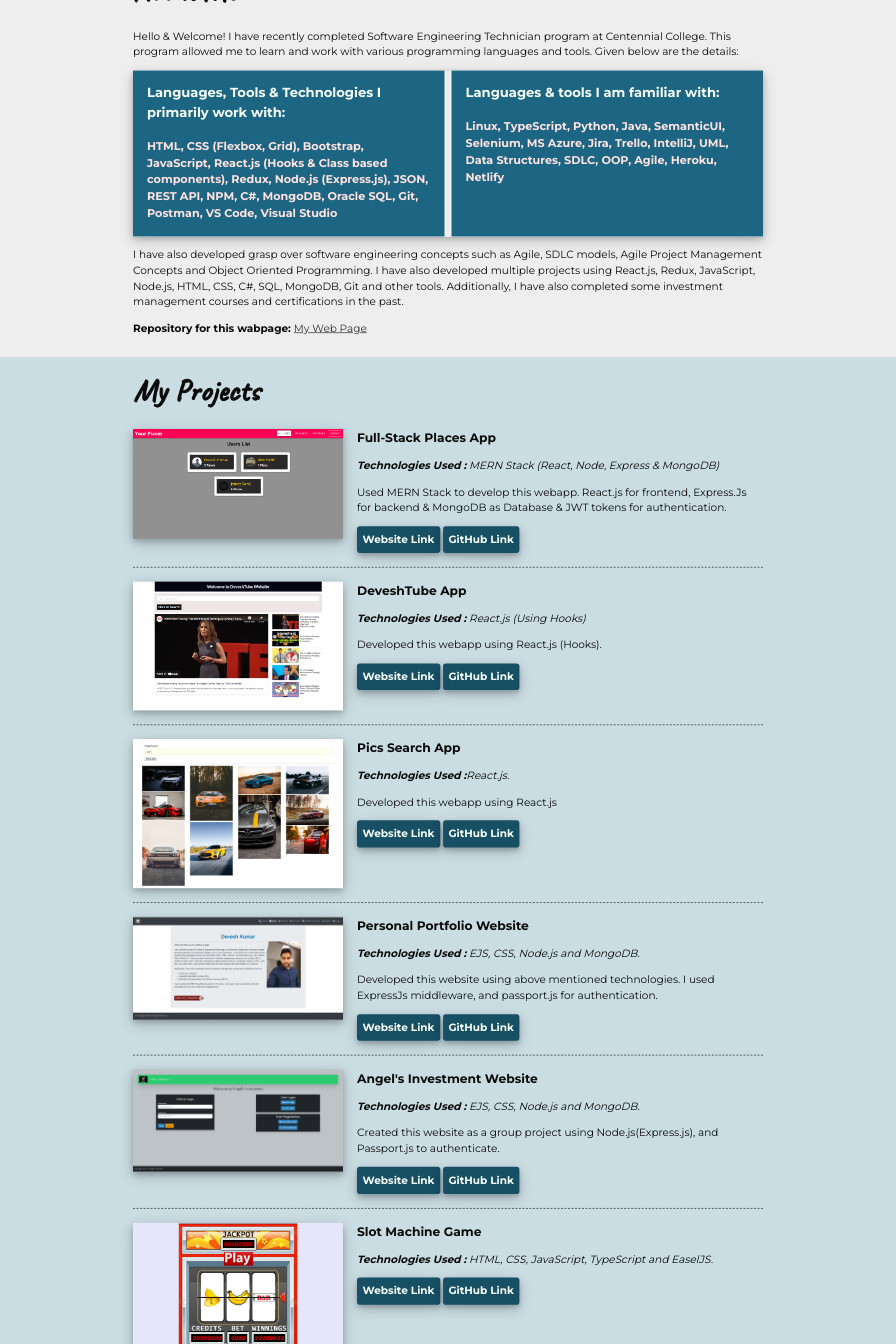
Repository: My-Web-Page/MyWebPage
Page: index.html
These files come from the project's save history. The page is drawn as it stood at one moment and after the next save; the edit follows.
The browser window is 1280 px wide. The pictures show the part of the page from y = 637 to 2557 px (the page is 5032 px tall before and 5056 px after), at 70% of full size.
Some web libraries are served in a nearby version.

Above is the page before, as saved 2021-09-07 13:50:16.

After the next save:
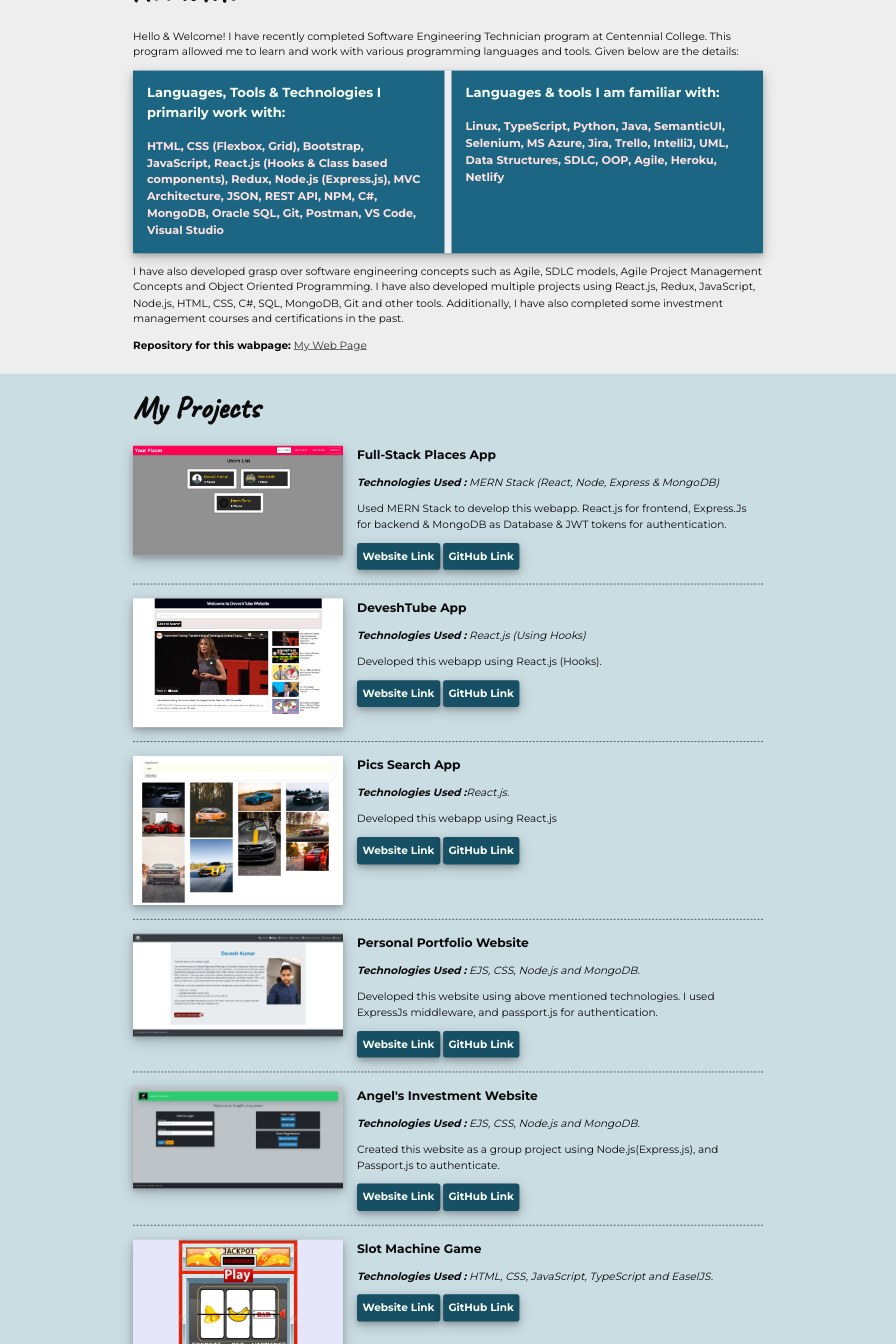
Saved 84 s later.
--- a/index.html
+++ b/index.html
@@ -52,7 +52,7 @@
                 <div class="grid-container">
                     <div class="grid-item">
                         <h3>Languages, Tools & Technologies I primarily work with:</h3>
-                        <h4> HTML, CSS (Flexbox, Grid), Bootstrap, JavaScript, React.js (Hooks & Class based components), Redux, Node.js (Express.js), JSON, REST API, NPM, C#, MongoDB, Oracle SQL, Git, Postman, VS Code, Visual Studio
+                        <h4> HTML, CSS (Flexbox, Grid), Bootstrap, JavaScript, React.js (Hooks & Class based components), Redux, Node.js (Express.js), MVC Architecture, JSON, REST API, NPM, C#, MongoDB, Oracle SQL, Git, Postman, VS Code, Visual Studio
                             </p>
                     </div>
 
